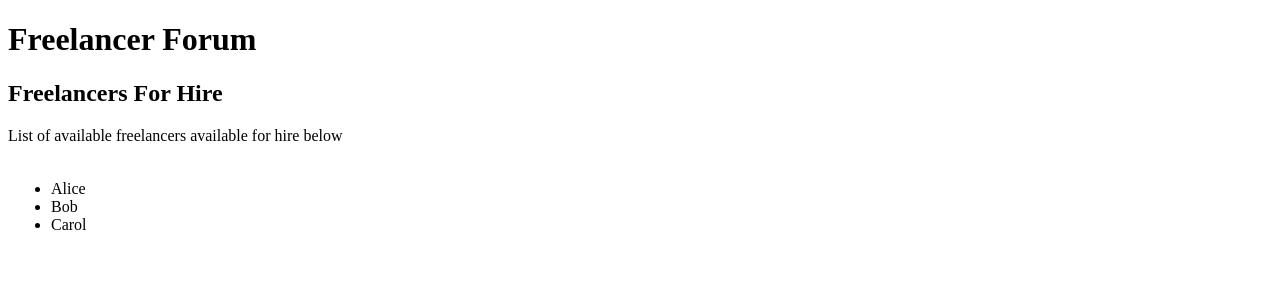
Repository: MelindaN14/Unit2.FreelancerForum
Page: forum/app.html
An editor plug-in stored every save of this project. The page is shown before and after the next save, followed by the edit.
The browser window is 1280 px wide. The pictures show the whole page.

Above is the page before, as saved 2024-04-10 20:38:14.

### forum/app.html
<!DOCTYPE html>
<html lang="en">
  <head>
    <meta charset="UTF-8" />
    <meta name="viewport" content="width=device-width, initial-scale=1.0" />
    <title>Document</title>
    <script src="app.js"></script>
  </head>
  <body>
    <h1>Freelancer Forum</h1>
    <h2>Freelancers For Hire</h2>
    <p>List of available freelancers available for hire below</p>
    <table>
    <td>
    <ul class="Freelancers">
      <li>Alice</li>
      <li>Bob</li>
      <li>Carol</li>
    </ul>
    </td>
    </table>
  </body>
</html>
<!-- write out names of the freelancers and their respective jobs
put them into a table? they want a new freelancer to be added and appear every few seconds and the aver
starting price -->

Loaded but not shown: forum/app.js (common file)

After the next save:
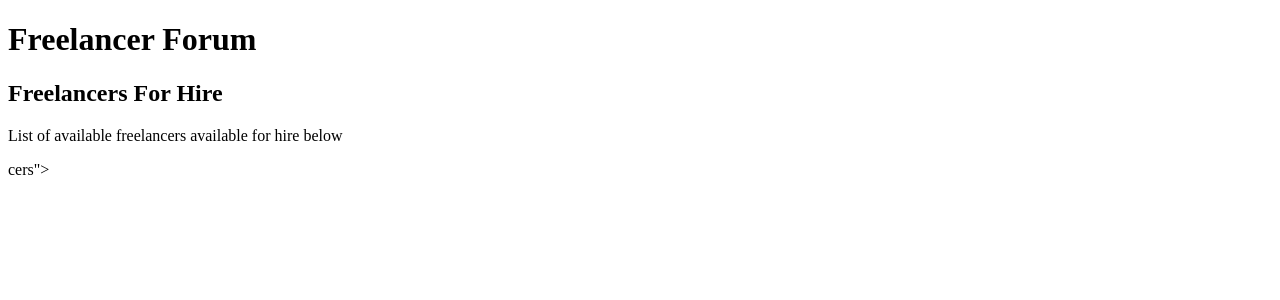
Saved 20 s later.
--- a/forum/app.html
+++ b/forum/app.html
@@ -11,13 +11,13 @@
     <h2>Freelancers For Hire</h2>
     <p>List of available freelancers available for hire below</p>
     <table>
-    <td>
-    <ul class="Freelancers">
-      <li>Alice</li>
-      <li>Bob</li>
-      <li>Carol</li>
-    </ul>
-    </td>
+
+   cers">
+
+
+
+
+
     </table>
   </body>
 </html>
